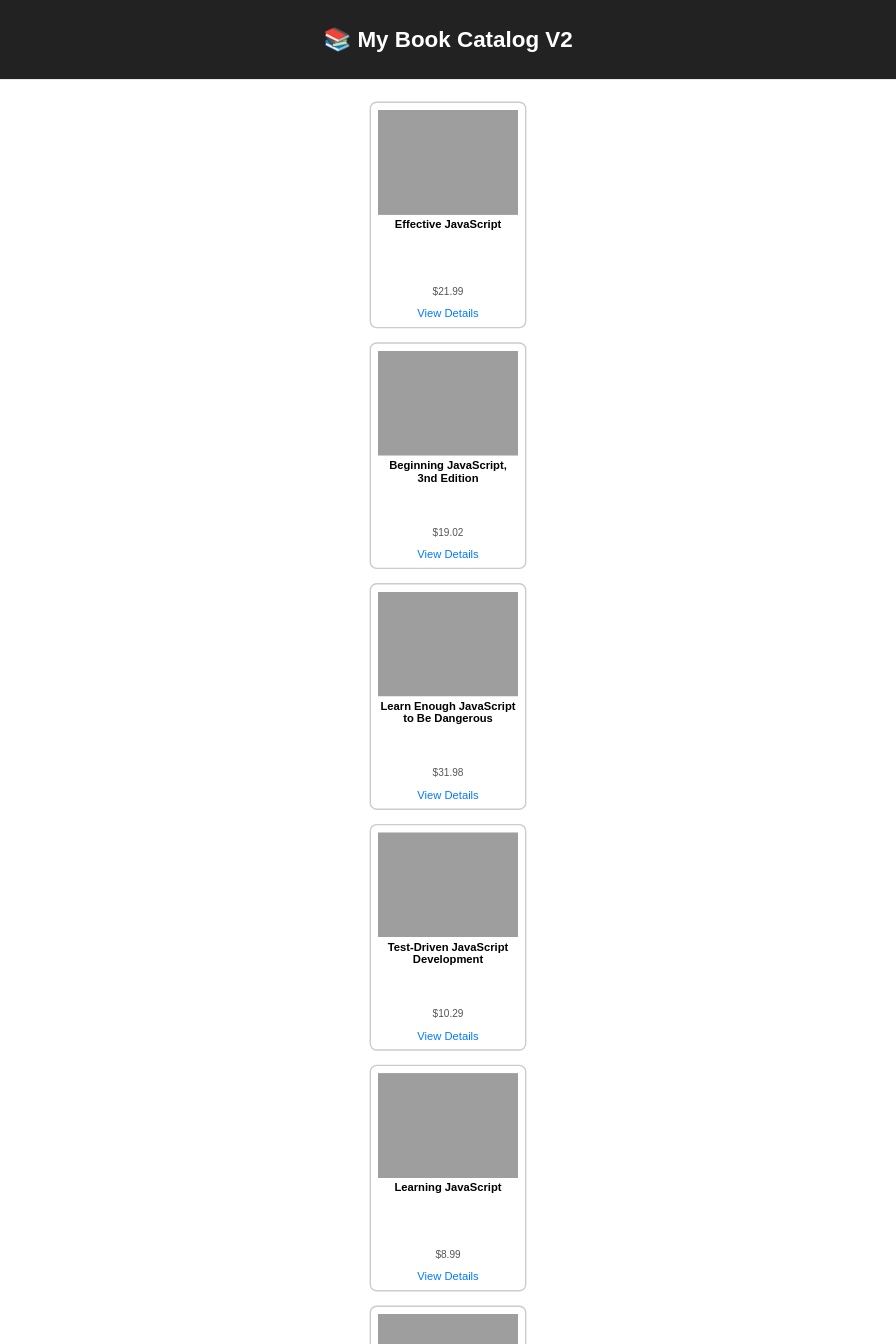
Repository: Esteb4ncd/book-catalog-v3
Page: /
The author's editor kept a copy of each file at every save. The page is drawn from the files as they stood at one save, then again after a run of saves.
The browser window is 1280 px wide. The pictures show the part of the page from y = 0 to 1920 px (the page is 3999 px tall before and 3799 px after), at 70% of full size.
Pictures or frames that could not be fetched are drawn as grey boxes. The project was rebuilt for these pictures with package versions that can differ from the ones it lists, and the page was loaded fresh each time.

Above is the page before, as saved 2025-09-19 12:38:16.

### public/index.html
<!DOCTYPE html>
<html lang="en">
  <head>
    <meta charset="utf-8" />
    <link rel="icon" href="/bookFavicon.ico" />
    <meta name="viewport" content="width=device-width, initial-scale=1" />
    <meta name="theme-color" content="#000000" />
    <meta
      name="description"
      content="Book Catalog Assignment01 COMP3170"
    />
    <link rel="apple-touch-icon" href="%PUBLIC_URL%/logo192.png" />
    <!--
      manifest.json provides metadata used when your web app is installed on a
      user's mobile device or desktop. See https://developers.google.com/web/fundamentals/web-app-manifest/
    -->
    <link rel="manifest" href="%PUBLIC_URL%/manifest.json" />
    <!--
      Notice the use of %PUBLIC_URL% in the tags above.
      It will be replaced with the URL of the `public` folder during the build.
      Only files inside the `public` folder can be referenced from the HTML.

      Unlike "/favicon.ico" or "favicon.ico", "%PUBLIC_URL%/favicon.ico" will
      work correctly both with client-side routing and a non-root public URL.
      Learn how to configure a non-root public URL by running `npm run build`.
    -->
    <title>Esteban C - Book Catalog</title>
  </head>
  <body>
    <noscript>You need to enable JavaScript to run this app.</noscript>
    <div id="root"></div>
    <!--
      This HTML file is a template.
      If you open it directly in the browser, you will see an empty page.

      You can add webfonts, meta tags, or analytics to this file.
      The build step will place the bundled scripts into the <body> tag.

      To begin the development, run `npm start` or `yarn start`.
      To create a production bundle, use `npm run build` or `yarn build`.
    -->
  </body>
</html>

### src/App.js

import React, { useState } from "react";
import Book from "./components/Book";
import data from "./data/books.json"; // adjust path if needed
import "./App.css";

function App() {
  // load books.json into state
  const [books] = useState(data);

  return (
    <div className="app">
      <header className="header">
        <h1>📚 My Book Catalog V2</h1>
      </header>

      <main className="content">
        <div className="book-grid">
          {books.map((book) => (
            <Book key={book.isbn13} book={book} />
          ))}


          <button className="add-button">+ Add</button>
        </div>
      </main>

      <footer className="footer">
        <p>© 2025 My Book Catalog - V2</p>
      </footer>
    </div>
  );
}

export default App;

### src/components/Book.js
import React from "react";

export default function Book({ book }) {
  return (
    <div className="book-card">
      <img src={book.image} alt={book.title} />
      <h3>{book.title}</h3>
      <p>{book.authors}</p>
      <p classname="book-price">{book.price}</p>
      <a href={book.url} target="_blank" rel="noopener noreferrer" classname="book-link">
        View Details
      </a>
    </div>
  );
}

### src/data/books.json
[
    {
      "title": "Effective JavaScript",
      "subtitle": "68 Specific Ways to Harness the Power of JavaScript",
      "isbn13": "9780321812186",
      "price": "$21.99",
      "image": "https://itbook.store/img/books/9780321812186.png",
      "url": "https://itbook.store/books/9780321812186"
    },
    {
      "title": "Beginning JavaScript, 3nd Edition",
      "subtitle": "The Ultimate Guide to Modern JavaScript Development",
      "isbn13": "9781484243947",
      "price": "$19.02",
      "image": "https://itbook.store/img/books/9781484243947.png",
      "url": "https://itbook.store/books/9781484243947"
    },
    {
      "title": "Learn Enough JavaScript to Be Dangerous",
      "subtitle": "Write Programs, Publish Packages, and Develop Interactive Websites with JavaScript",
      "isbn13": "9780137843749",
      "price": "$31.98",
      "image": "https://itbook.store/img/books/9780137843749.png",
      "url": "https://itbook.store/books/9780137843749"
    },
    {
      "title": "Test-Driven JavaScript Development",
      "subtitle": "",
      "isbn13": "9780321683915",
      "price": "$10.29",
      "image": "https://itbook.store/img/books/9780321683915.png",
      "url": "https://itbook.store/books/9780321683915"
    },
    {
      "title": "Learning JavaScript",
      "subtitle": "A Hands-On Guide to the Fundamentals of Modern JavaScript",
      "isbn13": "9780321832740",
      "price": "$8.99",
      "image": "https://itbook.store/img/books/9780321832740.png",
      "url": "https://itbook.store/books/9780321832740"
    },
    {
      "title": "jQuery and JavaScript Phrasebook",
      "subtitle": "",
      "isbn13": "9780321918963",
      "price": "$14.48",
      "image": "https://itbook.store/img/books/9780321918963.png",
      "url": "https://itbook.store/books/9780321918963"
    },
    {
      "title": "JavaScript: The Good Parts",
      "subtitle": "Unearthing the Excellence in JavaScript",
      "isbn13": "9780596517748",
      "price": "$4.37",
      "image": "https://itbook.store/img/books/9780596517748.png",
      "url": "https://itbook.store/books/9780596517748"
    },
    {
      "title": "Head First JavaScript",
      "subtitle": "A Learner's Companion to JavaScript",
      "isbn13": "9780596527747",
      "price": "$7.72",
      "image": "https://itbook.store/img/books/9780596527747.png",
      "url": "https://itbook.store/books/9780596527747"
    },
    {
      "title": "High Performance JavaScript",
      "subtitle": "Build Faster Web Application Interfaces",
      "isbn13": "9780596802790",
      "price": "$19.59",
      "image": "https://itbook.store/img/books/9780596802790.png",
      "url": "https://itbook.store/books/9780596802790"
    },
    {
      "title": "Building iPhone Apps with HTML, CSS, and JavaScript",
      "subtitle": "Making App Store Apps Without Objective-C or Cocoa",
      "isbn13": "9780596805784",
      "price": "$5.00",
      "image": "https://itbook.store/img/books/9780596805784.png",
      "url": "https://itbook.store/books/9780596805784"
    }

  ]

### src/App.css
.app {
  font-family: Arial, sans-serif;
  text-align: center;
  min-height: 100vh;
  display: flex;
  flex-direction: column;
}

.header {
  background: #222;
  color: white;
  padding: 1rem;
}

.content {
  display: flex;
  justify-content: center;
  gap: 20px;
  flex-wrap: wrap;
  padding: 2rem;
}
.book-grid {
  display: grid;
  flex-wrap: wrap;
  gap: 20px;
  justify-content: center;
}


.book-card {
  width: 200px;
  height: 300px;
  border: 2px solid #ccc;
  border-radius: 10px;
  padding: 10px;
  /* box-sizing: border-box; */
  display: flex;
  flex-direction: column;
  /* justify-content: space-between; */
}


.book-card img {
  max-width: 100%;
  height: 150px;
  object-fit: contain;
}

.book-card h3 {
  font-size: 1rem;
  margin: 5px 0;
  height:50px;
}

.book-card p {
  font-size: 0.9rem;
  color: #555;
}

.book-card a {
  color: #007bff;
  text-decoration: none;
}

.add-button {
  width: 200px;
  height: 300px;
  border: 2px dashed #007bff;
  border-radius: 10px;
  font-size: 2rem;
  font-weight: bold;
  background: white;
  cursor: pointer;

}

.footer {
  background: #f4f4f4;
  padding: 1rem;
  margin-top: auto;
}

Loaded but not shown: src/index.js (common file); src/index.css (common file); src/reportWebVitals.js (common file)

After the next 3 saves:
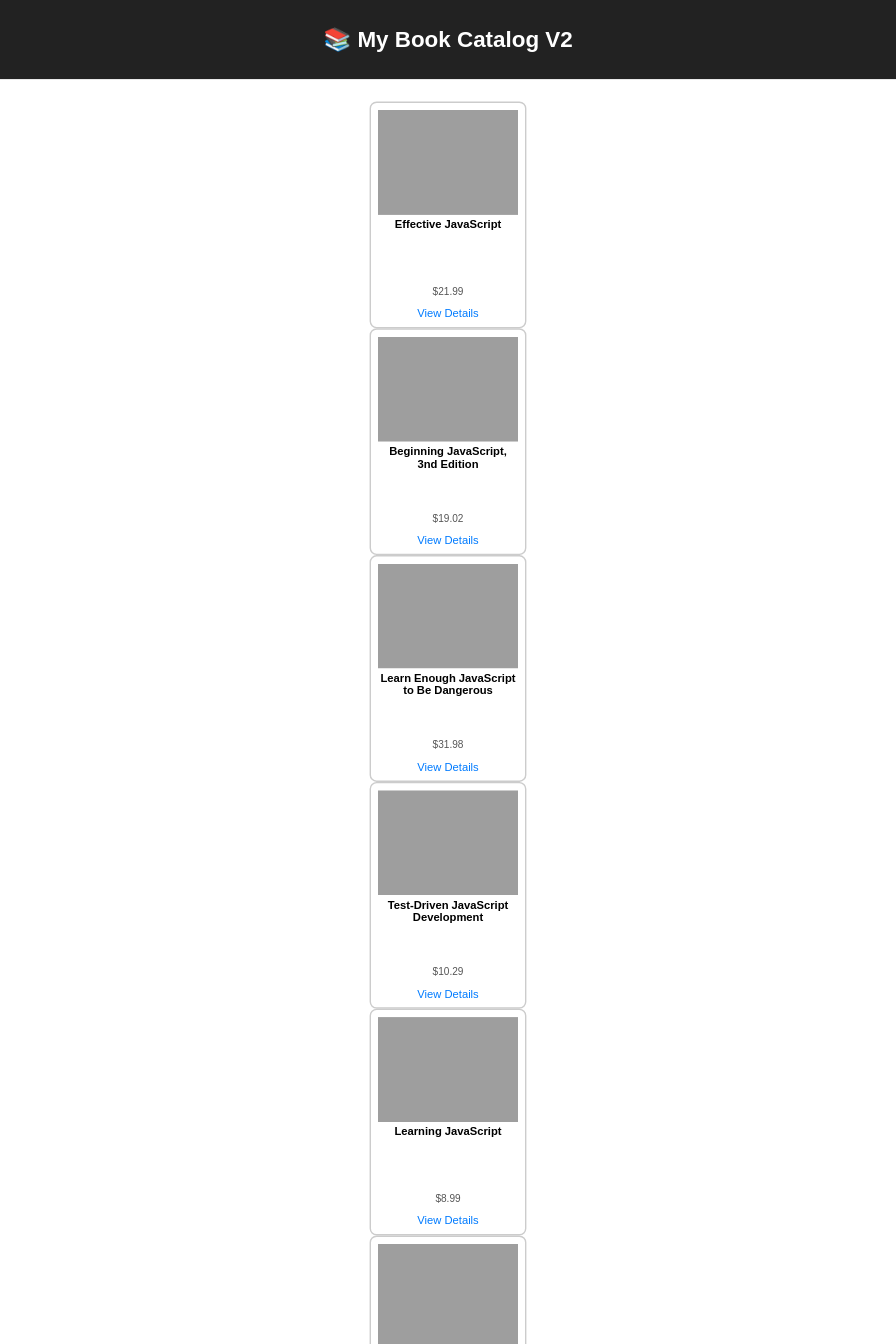
The 3 saves are shown as one change because they came seconds apart.
The last was saved 23 s later.
--- a/src/App.css
+++ b/src/App.css
@@ -19,12 +19,14 @@
   flex-wrap: wrap;
   padding: 2rem;
 }
-.book-grid {
-  display: grid;
+/* .book-grid {
+  display: flex;
   flex-wrap: wrap;
   gap: 20px;
   justify-content: center;
-}
+} */
+
+
 
 
 .book-card {

After the save that followed:
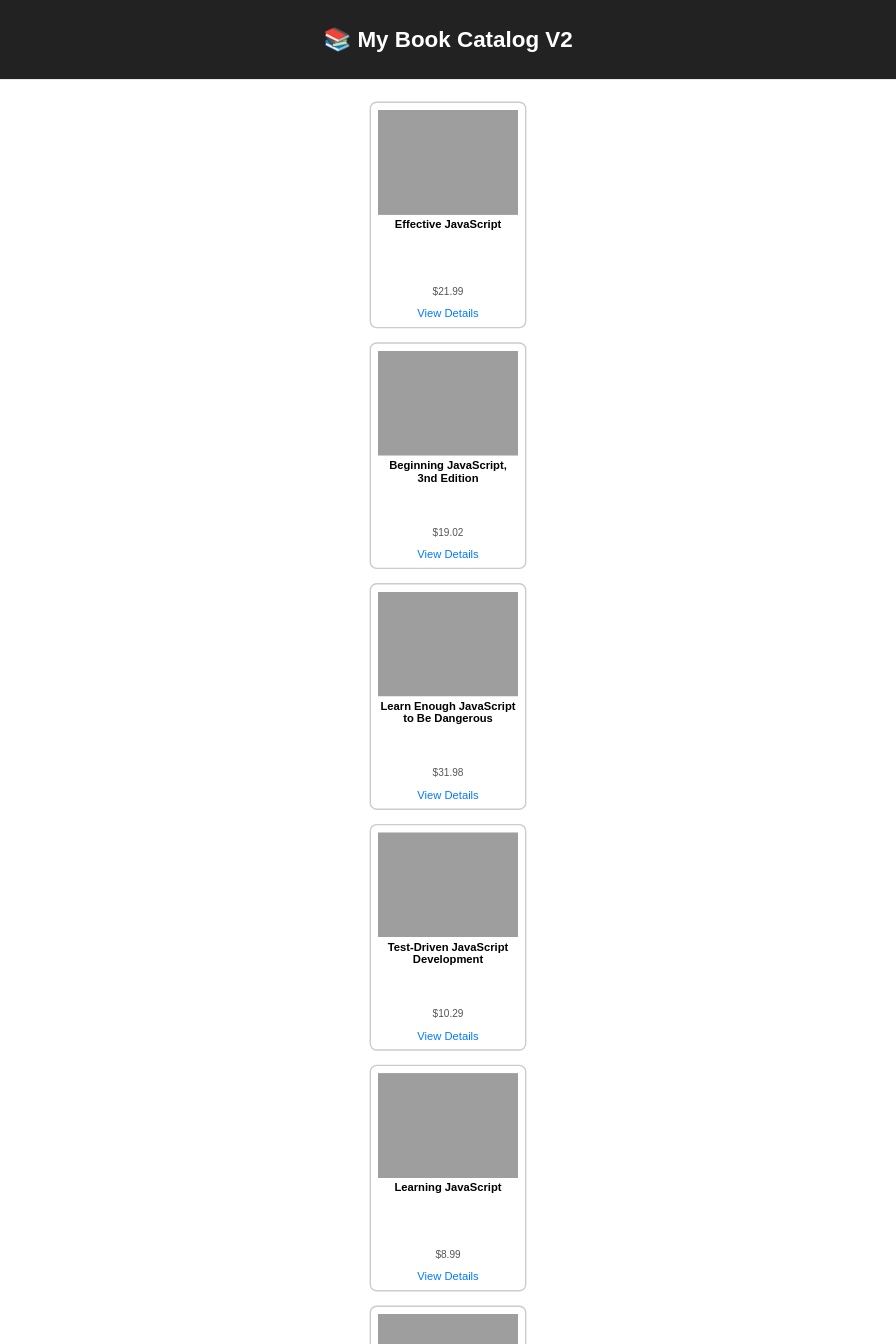
Saved 5 s later.
--- a/src/App.css
+++ b/src/App.css
@@ -26,6 +26,12 @@
   justify-content: center;
 } */
 
+.book-grid {
+  display: grid;
+  grid-template-columns: repeat(auto-fill, minmax(200px, 1fr)); /* fixed column width */
+  gap: 20px;
+  justify-items: center; /* center items in each column */
+}
 
 
 
